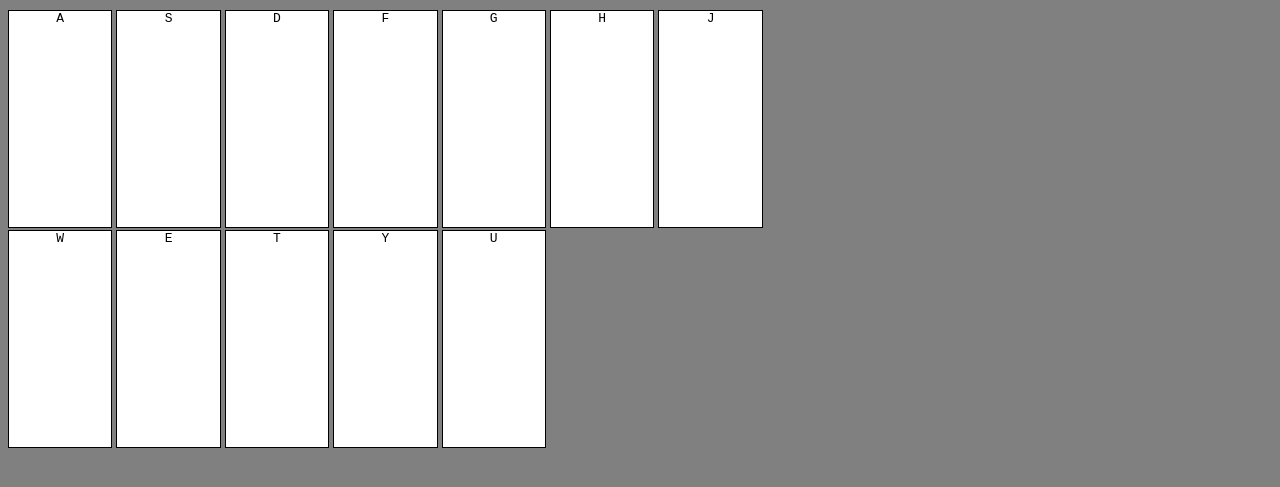
Repository: ctcoleman/Virtual-Piano
Page: index.html
These files come from the project's save history. The page is drawn as it stood at one moment and after a run of saves; the edit follows.
The browser window is 1280 px wide. The pictures show the whole page.

Above is the page before, as saved 2020-07-20 08:44:59.

### index.html
<!DOCTYPE html>
<html>

<head>
    <meta charset="utf-8">
    <link type="text/css" rel="stylesheet" href="./index.css">
    <title>Chris's Keyboard Piano</title>
</head>

<body>
    <div class="white-keys-container">
        <kbd class="white-key" id="KeyA">A</kbd>
        <kbd class="white-key" id="KeyS">S</kbd>
        <kbd class="white-key" id="KeyD">D</kbd>
        <kbd class="white-key" id="KeyF">F</kbd>
        <kbd class="white-key" id="KeyG">G</kbd>
        <kbd class="white-key" id="KeyH">H</kbd>
        <kbd class="white-key" id="KeyJ">J</kbd>
    </div>
    <div class="black-keys-container">
        <kbd class="black-key" id="KeyW">W</kbd>
        <kbd class="black-key" id="KeyE">E</kbd>
        <kbd class="black-key" id="KeyT">T</kbd>
        <kbd class="black-key" id="KeyY">Y</kbd>
        <kbd class="black-key" id="KeyU">U</kbd>
    </div>
    <script src="./index.js"></script>
</body>

</html>

### index.css
html {
    background: grey;
    color: black;
    box-sizing: border-box;
}

.white-key-container {
    margin: 15vh 15vw;
    width: 70vw;
    display: block;
}
.white-key {
    text-align: center;
    display: inline-block;
    min-width: 8vw;
    height: 30vh;
    background: white;
    border: 1px solid black;
}

.black-key-container {
    margin: 10vh 5vw;
    width: 40vw;
    display: block;
}
.black-key {
    text-align: center;
    display: inline-block;
    min-width: 8vw;
    height: 30vh;
    background: white;
    border: 1px solid black;
}

Loaded but not shown: index.js (no copy from this time; the picture is the same without it)

After the next 2 saves:
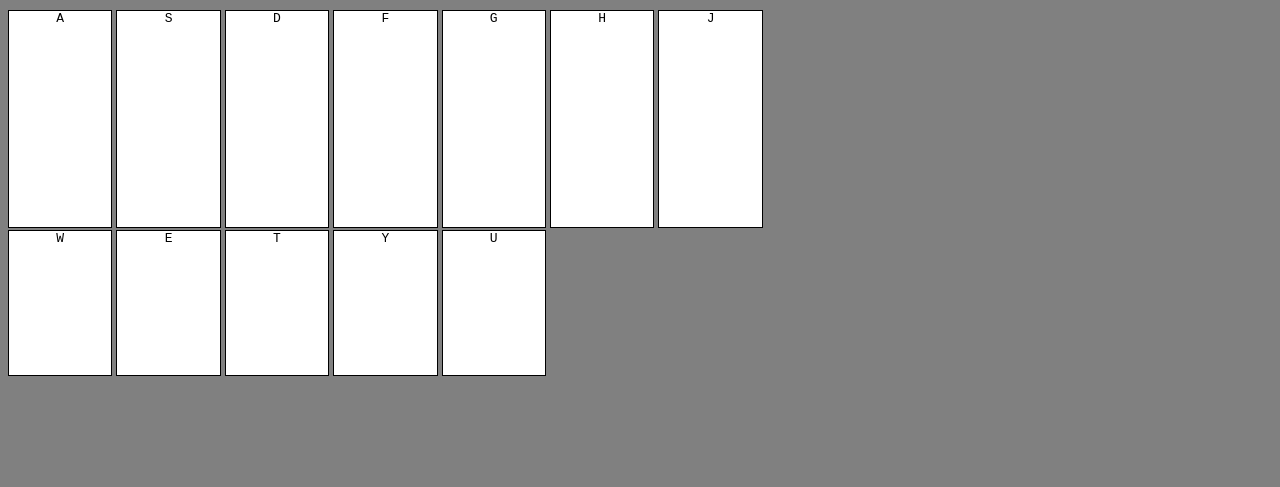
The 2 saves are shown as one change because they came seconds apart.
The last was saved 8 s later.
--- a/index.css
+++ b/index.css
@@ -27,7 +27,7 @@ html {
     text-align: center;
     display: inline-block;
     min-width: 8vw;
-    height: 30vh;
+    height: 20vh;
     background: white;
     border: 1px solid black;
 }
